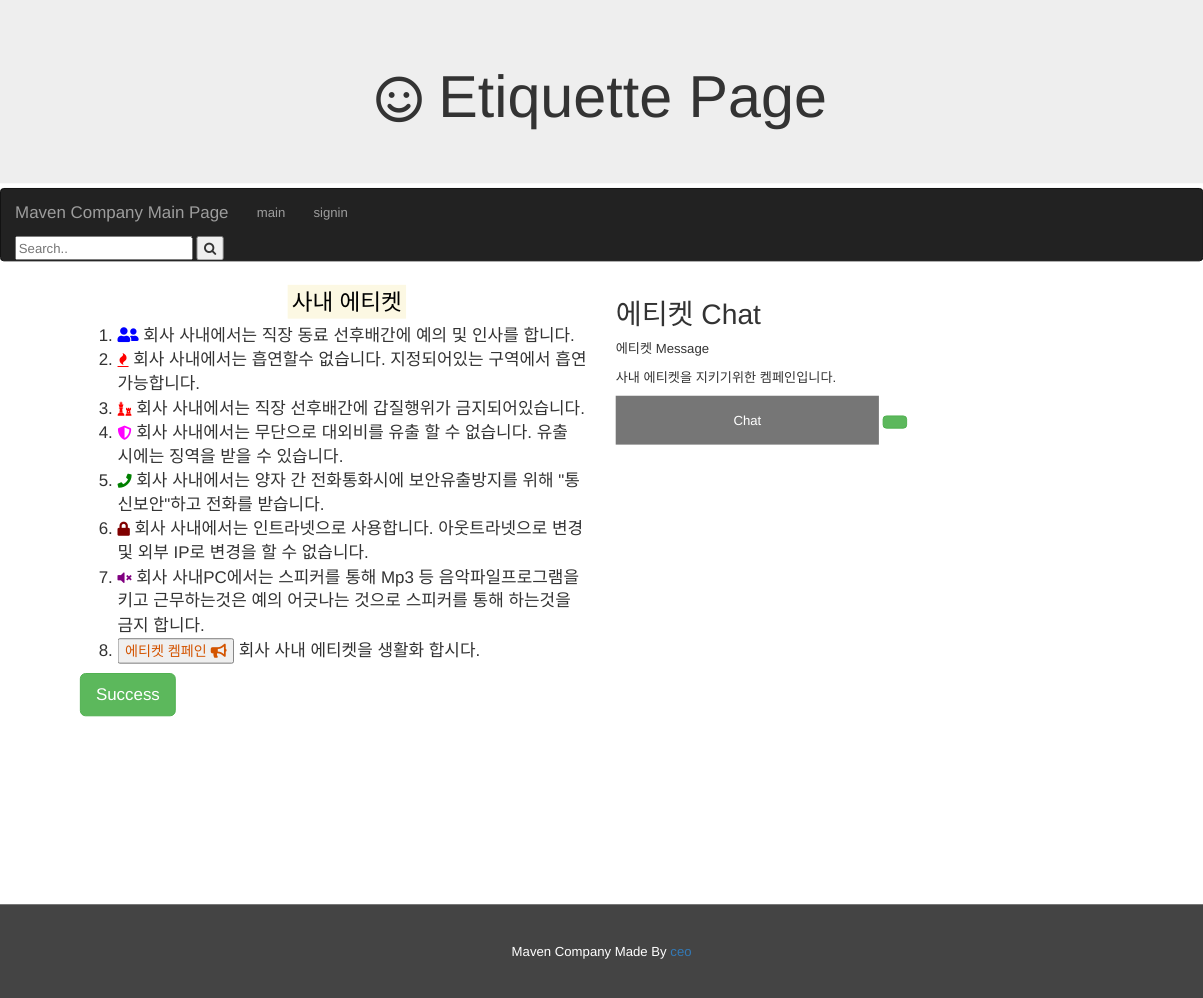
Repository: as2019a/spring
Page: http://localhost/ch19_project_mavenwebsite/WEB-INF/views/etiquette.jsp
The author's editor kept a copy of each file at every save. The page is drawn from the files as they stood at one save, then again after the next save.
The browser window is 1280 px wide. The pictures show the whole page, at 94% of full size.
Some web libraries are served in a nearby version. The page is served by Tomcat 9. Nobody is signed in. The template is opened directly, without the code that normally fills it, so the values that code supplies are empty.

Above is the page before, as saved 2019-01-29 07:56:33.

After the next save:
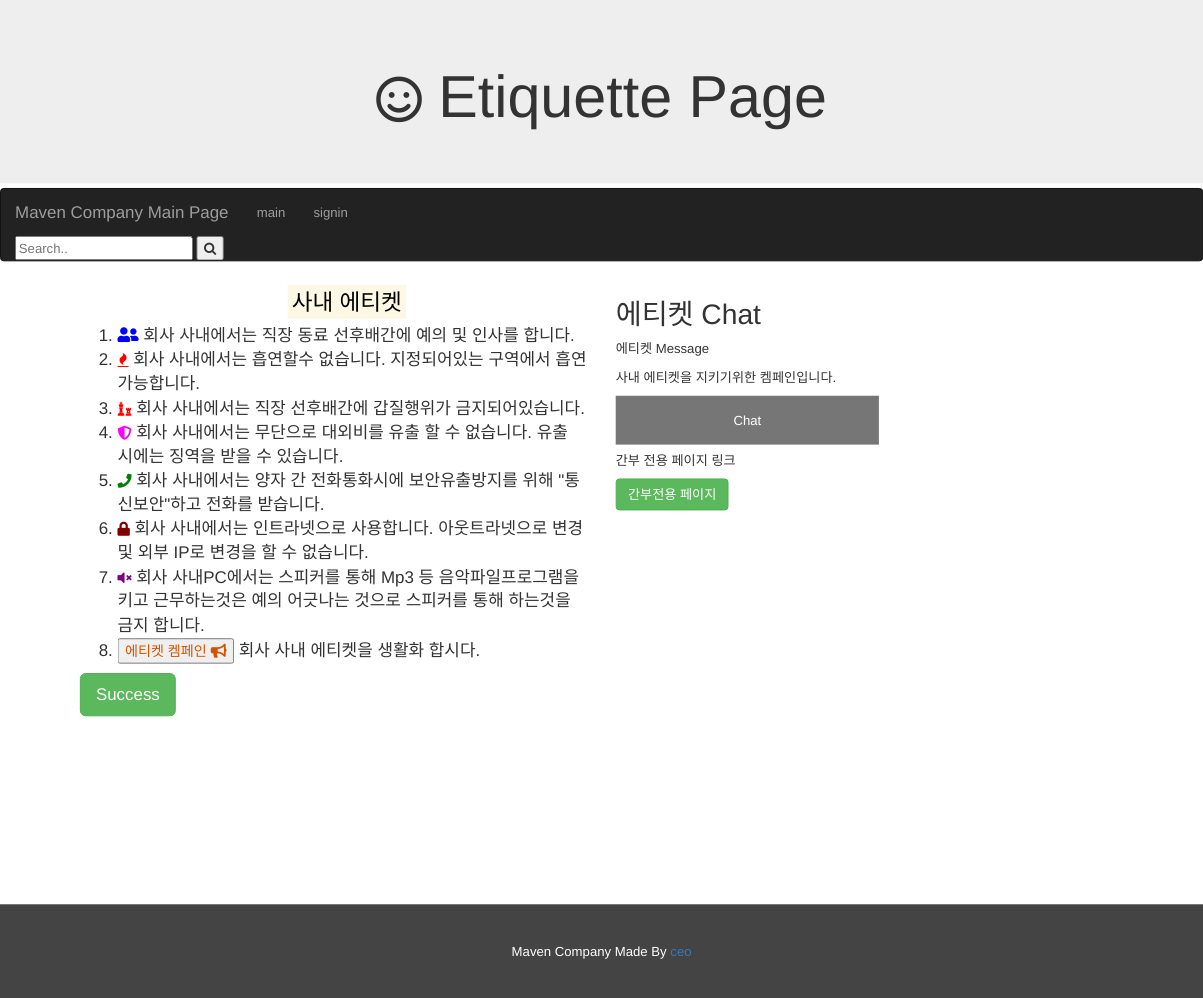
Saved 2 min 16 s later.
--- a/ch19_project_mavenwebsite/src/main/webapp/WEB-INF/views/etiquette.jsp
+++ b/ch19_project_mavenwebsite/src/main/webapp/WEB-INF/views/etiquette.jsp
@@ -250,7 +250,8 @@
 					  게시판에 post를 거쳐서 올라갑니다.">Message 루트</a>
 					</div>
 
-					<a href="" type="button" class="btn btn-success btn-ms"></a>
+					<h5 title="간부전용 페이지로 간부외에 직원들은 접근권한이 없습니다.">간부 전용 페이지 링크</h5>
+					<a href="/onmanager" type="button" class="btn btn-success btn-ms" title="본 기업 간부전용 페이지 입니다.]">간부전용 페이지</a>
 				</div>
 			</div>
 		</div>
